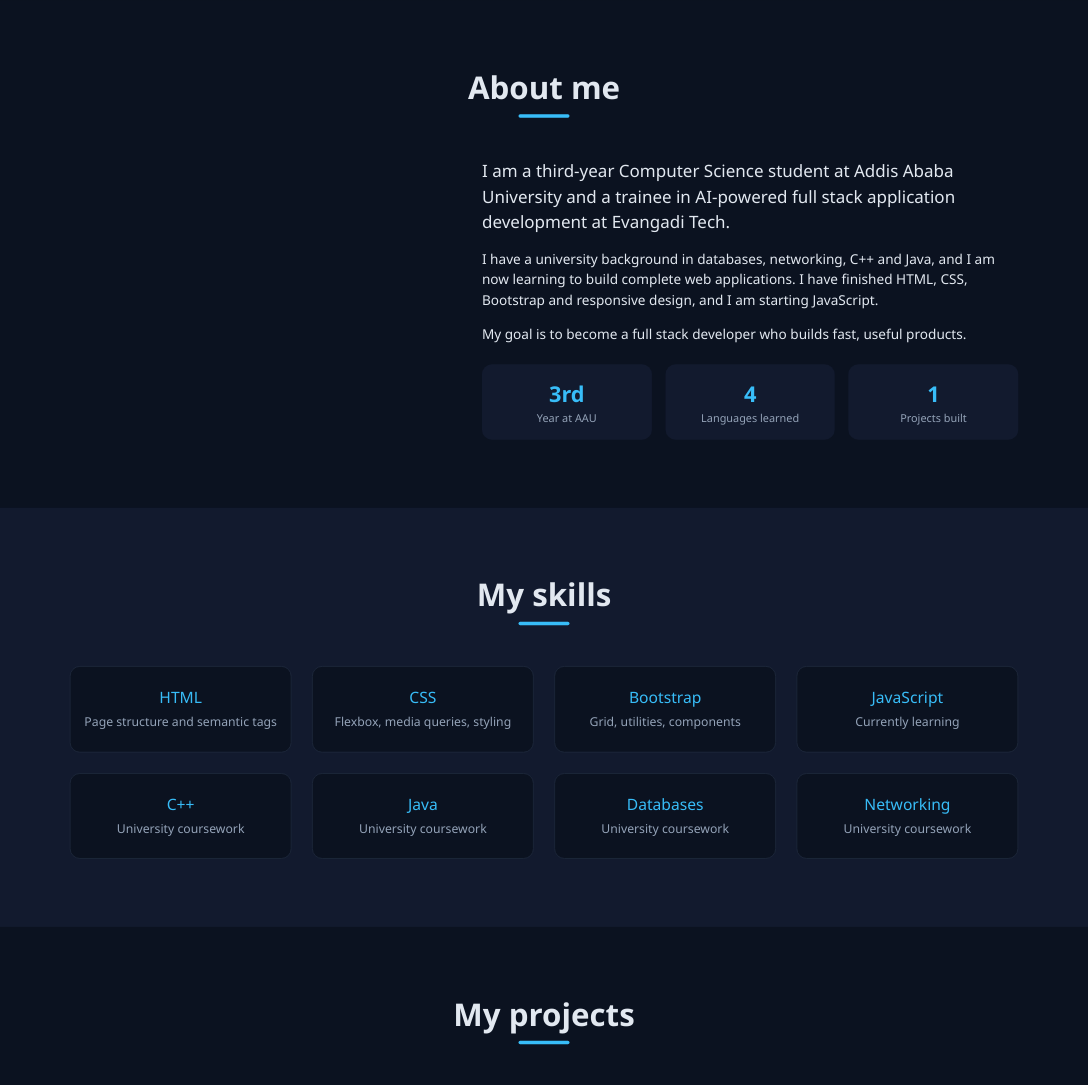
Repository: lawgaw-sefineh/MyPortfolioWebsite
Page: index.html
The author's editor kept a copy of each file at every save. The page is drawn from the files as they stood at one save, then again after the next save.
The browser window is 1280 px wide. The pictures show the part of the page from y = 744 to 2021 px (the page is 2872 px tall), at 85% of full size.
Pictures or frames that could not be fetched are drawn as grey boxes.

Above is the page before, as saved 2026-10-06 03:51:42.

### index.html
<!DOCTYPE html>
<html lang="en">
<>
  <meta charset="UTF-8">
  <meta name="viewport" content="width=device-width, initial-scale=1">

  <!-- 1. TITLE: the blue link in Google results. Keep it under 60 characters -->
  <title>Lawgaw | Full Stack Developer in Addis Ababa, Ethiopia</title>

  <!-- 2. DESCRIPTION: the grey text under the title. Keep it 120 to 160 characters -->
  <meta name="description" content="Lawgaw is a Computer Science student at Addis Ababa University and an aspiring full stack developer. See my responsive web projects built with HTML, CSS, Bootstrap and JavaScript.">

  <!-- 3. Author and search robots -->
  <meta name="author" content="Lawgaw [Your Last Name]">
  <meta name="robots" content="index, follow">

  <!-- 4. Canonical: the one real address of this page -->
  <link rel="canonical" href="https://[your-username].github.io/">

  <!-- 5. Open Graph: the card shown when you share the link on Telegram, LinkedIn, Facebook -->
  <meta property="og:type" content="website">
  <meta property="og:title" content="Lawgaw | Full Stack Developer">
  <meta property="og:description" content="Aspiring full stack developer from Addis Ababa. View my projects and get in touch.">
  <meta property="og:url" content="https://[your-username].github.io/">
  <meta property="og:image" content="https://[your-username].github.io/images/share-image.jpg">

  <!-- 6. Twitter / X card -->
  <meta name="twitter:card" content="summary_large_image">
  <meta name="twitter:title" content="Lawgaw | Full Stack Developer">
  <meta name="twitter:description" content="Aspiring full stack developer from Addis Ababa. View my projects.">
  <meta name="twitter:image" content="https://[your-username].github.io/images/share-image.jpg">

  <!-- 7. Icon in the browser tab and color of the phone address bar -->
  <link rel="icon" href="images/favicon.png">
  <meta name="theme-color" content="#0b1220">

  <!-- 8. Structured data: tells Google who you are -->
  <script type="application/ld+json">
  {
    "@context": "https://schema.org",
    "@type": "Person",
    "name": "Lawgaw Sefineh",
    "jobTitle": "Aspiring Full Stack Developer",
    "url": "https://lawgaw-sefineh.github.io/",
    "image": "https://[your-username].github.io/images/profile.jpg",
    "alumniOf": "Addis Ababa University",
    "address": { "@type": "PostalAddress", "addressLocality": "Addis Ababa", "addressCountry": "ET" },
    "sameAs": [
      "https://github.com/[your-username]",
      "https://linkedin.com/in/[your-username]"
    ]
  }
  </script>
<!-- <link rel="stylesheet" href="https://cdn.jsdelivr.net/npm/bootstrap@5.3.8/dist/css/bootstrap.min.css"> -->
  <!-- <link href="https://cdn.jsdelivr.net/npm/bootstrap@5.3.3/dist/css/bootstrap.min.css" rel="stylesheet"> -->
  <!-- <link href="css/style.css" rel="stylesheet"> -->

  <!-- Bootstrap first, your CSS second -->
   <link href="css/bootstrap.css" rel="stylesheet">
  <link href="css/style.css" rel="stylesheet">
</head>
<body>

  <!-- ================= NAVBAR ================= -->
  <nav class="navbar navbar-expand-lg navbar-dark fixed-top site-nav">
    <div class="container">
      <a class="navbar-brand fw-bold" href="#home">Lawgaw<span class="accent">.</span></a>

      <button class="navbar-toggler" type="button" data-bs-toggle="collapse"
              data-bs-target="#menu" aria-controls="menu" aria-expanded="false" aria-label="Toggle menu">
        <span class="navbar-toggler-icon"></span>
      </button>

      <div class="collapse navbar-collapse" id="menu">
        <ul class="navbar-nav ms-auto">
          <li class="nav-item"><a class="nav-link" href="#home">Home</a></li>
          <li class="nav-item"><a class="nav-link" href="#about">About</a></li>
          <li class="nav-item"><a class="nav-link" href="#skills">Skills</a></li>
          <li class="nav-item"><a class="nav-link" href="#projects">Projects</a></li>
          <li class="nav-item"><a class="nav-link" href="#contact">Contact</a></li>
        </ul>
      </div>
    </div>
  </nav>


  <!-- ================= HERO =================
       BACKGROUND IMAGE: images/hero-bg.jpg  (set in CSS, class .hero)
       PROFILE PHOTO:    images/profile.jpg  (below)                 -->
  <header id="home" class="hero d-flex align-items-center text-center">
    <div class="container">
      <img src="images/profile-original.jpg" class="hero-photo rounded-circle mb-4" alt="Photo of Lawgaw">

      <p class="hero-hello mb-2">Hello, I'm</p>
      <h1 class="hero-title fw-bold mb-3">Lawgaw Sefineh</h1>
      <p class="hero-role mb-4">Aspiring Full Stack Developer</p>

      <div class="d-flex flex-column flex-sm-row justify-content-center gap-3">
        <a href="#projects" class="btn btn-accent btn-lg">View my work</a>
        <a href="#contact" class="btn btn-outline-light btn-lg">Contact me</a>
      </div>
    </div>
  </header>


  <!-- ================= ABOUT =================
       IMAGE: images/about.jpg                -->
  <section id="about" class="section">
    <div class="container">
      <h2 class="section-title text-center mb-5">About me</h2>

      <div class="row align-items-center g-5">
        <div class="col-12 col-md-5 L_banner">
          <!-- <img src="images/share-image (1).jpg" class="banner-photo img-fluid rounded-4 shadow" alt="lawgaw working on a laptop"> -->
        </div>

        <div class="col-12 col-md-7">
          <p class="lead">
            I am a third-year Computer Science student at Addis Ababa University and a
            trainee in AI-powered full stack application development at Evangadi Tech.
          </p>
          <p>
            I have a university background in databases, networking, C++ and Java, and I am now
            learning to build complete web applications. I have finished HTML, CSS, Bootstrap and
            responsive design, and I am starting JavaScript.
          </p>
          <p class="mb-4">My goal is to become a full stack developer who builds fast, useful products.</p>

          <div class="row text-center g-3">
            <div class="col-4"><div class="fact"><span class="fact-number">3rd</span><span class="fact-label">Year at AAU</span></div></div>
            <div class="col-4"><div class="fact"><span class="fact-number">4</span><span class="fact-label">Languages learned</span></div></div>
            <div class="col-4"><div class="fact"><span class="fact-number">1</span><span class="fact-label">Projects built</span></div></div>
          </div>
        </div>
      </div>
    </div>
  </section>


  <!-- ================= SKILLS ================= -->
  <section id="skills" class="section section-alt">
    <div class="container">
      <h2 class="section-title text-center mb-5">My skills</h2>

      <!-- 2 per row on phone, 3 on tablet, 4 on desktop -->
      <div class="row g-3 g-lg-4 text-center">
        <div class="col-6 col-md-4 col-lg-3"><div class="skill-card"><h3>HTML</h3><p>Page structure and semantic tags</p></div></div>
        <div class="col-6 col-md-4 col-lg-3"><div class="skill-card"><h3>CSS</h3><p>Flexbox, media queries, styling</p></div></div>
        <div class="col-6 col-md-4 col-lg-3"><div class="skill-card"><h3>Bootstrap</h3><p>Grid, utilities, components</p></div></div>
        <div class="col-6 col-md-4 col-lg-3"><div class="skill-card"><h3>JavaScript</h3><p>Currently learning</p></div></div>
        <div class="col-6 col-md-4 col-lg-3"><div class="skill-card"><h3>C++</h3><p>University coursework</p></div></div>
        <div class="col-6 col-md-4 col-lg-3"><div class="skill-card"><h3>Java</h3><p>University coursework</p></div></div>
        <div class="col-6 col-md-4 col-lg-3"><div class="skill-card"><h3>Databases</h3><p>University coursework</p></div></div>
        <div class="col-6 col-md-4 col-lg-3"><div class="skill-card"><h3>Networking</h3><p>University coursework</p></div></div>
      </div>
    </div>
  </section>


  <!-- ================= PROJECTS =================
       IMAGES: images/project-1.jpg, project-2.jpg, project-3.jpg -->
  <section id="projects" class="section">
    <div class="container">
      <h2 class="section-title text-center mb-5">My projects</h2>

      <!-- 1 per row on phone, 2 on tablet, 3 on desktop -->
      <div class="row g-4">

        <div class="col-12 col-md-6 col-lg-4">
          <div class="card project-card h-100">
            <img src="images/project-1.jpg" class="card-img-top" alt="Apple website replica">
            <div class="card-body d-flex flex-column">
              <h3 class="card-title h5">Apple Website Replica</h3>
              <p class="card-text">A responsive copy of the Apple home page built with HTML, CSS and Bootstrap.</p>
              <div class="mt-auto">
                <a href="#" class="btn btn-sm btn-accent">Live demo</a>
                <a href="#" class="btn btn-sm btn-outline-secondary">Code</a>
              </div>
            </div>
          </div>
        </div>

        <div class="col-12 col-md-6 col-lg-4">
          <div class="card project-card h-100">
            <img src="images/project-2.jpg" class="card-img-top" alt="Personal portfolio">
            <div class="card-body d-flex flex-column">
              <h3 class="card-title h5">Personal Portfolio</h3>
              <p class="card-text">This website. A mobile-first design using the Bootstrap grid and media queries.</p>
              <div class="mt-auto">
                <a href="#" class="btn btn-sm btn-accent">Live demo</a>
                <a href="#" class="btn btn-sm btn-outline-secondary">Code</a>
              </div>
            </div>
          </div>
        </div>

        <div class="col-12 col-md-6 col-lg-4">
          <div class="card project-card h-100">
            <img src="images/project-3.jpg" class="card-img-top" alt="Next project">
            <div class="card-body d-flex flex-column">
              <h3 class="card-title h5">Next: JavaScript Project</h3>
              <p class="card-text">Coming soon. A small interactive app once I finish learning JavaScript.</p>
              <div class="mt-auto">
                <a href="#" class="btn btn-sm btn-outline-secondary disabled">Coming soon</a>
              </div>
            </div>
          </div>
        </div>

      </div>
    </div>
  </section>


  <!-- ================= CONTACT =================
       BACKGROUND IMAGE: images/contact-bg.jpg (set in CSS, class .contact) -->
  <section id="contact" class="contact section text-center">
    <div class="container">
      <h2 class="section-title mb-3">Let's work together</h2>
      <p class="lead mb-4">I am open to internships, junior roles and collaboration.</p>

      <div class="d-flex flex-column flex-sm-row justify-content-center gap-3">
        <a href="mailto:youremail@example.com" class="btn btn-accent btn-lg">Email me</a>
        <a href="https://github.com/your-username" class="btn btn-outline-light btn-lg">GitHub</a>
        <a href="https://linkedin.com/in/your-username" class="btn btn-outline-light btn-lg">LinkedIn</a>
        <a href="https://t.me/your-username" class="btn btn-outline-light btn-lg">Telegram</a>
      </div>
    </div>
  </section>


  <!-- ================= FOOTER ================= -->
  <footer class="site-footer text-center py-4">
    <p class="mb-0 small">&copy; 2026 Biruk. Built with HTML, CSS and Bootstrap.</p>
  </footer>

  <!-- Bootstrap JS: needed for the mobile menu button -->
  <script src="https://cdn.jsdelivr.net/npm/bootstrap@5.3.3/dist/js/bootstrap.bundle.min.js"></script>
</body>
</html>

### css/style.css
/* =========================================================
   css/style.css - Portfolio (Bootstrap + custom CSS)
   Image paths start with ../images/ because this file is in css/
   ========================================================= */

/* ---------- 1. Colors and basics ---------- */
:root {
  --bg-dark:  #0b1220;
  --bg-card:  #121a2e;
  --accent:   #38bdf8;
  --text:     #e2e8f0;
  --muted:    #94a3b8;
}

html { scroll-behavior: smooth; scroll-padding-top: 70px; } /* menu does not cover titles */

body {
  font-family: "Segoe UI", system-ui, -apple-system, Arial, sans-serif;
  background: var(--bg-dark);
  color: var(--text);
}

.accent { color: var(--accent); }


/* ---------- 2. Navbar ---------- */
.site-nav { background: rgba(11, 18, 32, 0.92); backdrop-filter: blur(6px); }
.site-nav .nav-link { color: var(--text); }
.site-nav .nav-link:hover { color: var(--accent); }


/* ---------- 3. Buttons ---------- */
.btn-accent {
  background: var(--accent);
  border-color: var(--accent);
  color: #06111f;
  font-weight: 600;
}
.btn-accent:hover { background: #7dd3fc; border-color: #7dd3fc; color: #06111f; }


/* ---------- 4. HERO (background image: images/hero-bg.jpg) ---------- */
.hero {
  min-height: 100vh;
  padding: 6rem 0 3rem;
  /* dark overlay on top of the image, so white text stays readable */
  background-image:
    linear-gradient(rgba(11, 18, 32, 0.75), rgba(11, 18, 32, 0.85)),
    url("../images/hero-bg.jpg");
  background-size: cover;
  background-position: center;
  background-repeat: no-repeat;
  background-color: var(--bg-dark);  /* shows if the image is missing */
}
.banner-photo{
    /* width: 890px;
    height:auto; */
}
 /* #about{
  background-image: url("../images/share-image (1).jpg");
  background-size:50% 60%;
  background-position: left bottom ;
  background-repeat: no-repeat;
  background-color: #EAEFEF;
 } */
.hero-photo {
  width: 130px;
  height: 130px;
  object-fit: cover;                 /* crops the photo to a square */
  border: 4px solid var(--accent);
}

.hero-hello { color: var(--accent); font-size: 1.1rem; }
.hero-title { font-size: 2.2rem; }   /* mobile size */
.hero-role  { font-size: 1.15rem; color: var(--muted); }


/* ---------- 5. Sections ---------- */
.section     { padding: 4rem 0; }
.section-alt { background: var(--bg-card); }

.section-title {
  font-size: 1.9rem;
  font-weight: 700;
}
.section-title::after {              /* small line under each title */
  content: "";
  display: block;
  width: 60px;
  height: 4px;
  margin: 0.6rem auto 0;
  background: var(--accent);
  border-radius: 2px;
}
.contact .section-title::after { display: none; }


/* ---------- 6. About facts ---------- */
.fact {
  background: var(--bg-card);
  border-radius: 0.75rem;
  padding: 1rem 0.5rem;
}
.fact-number { display: block; font-size: 1.6rem; font-weight: 700; color: var(--accent); }
.fact-label  { display: block; font-size: 0.8rem; color: var(--muted); }


/* ---------- 7. Skills ---------- */
.skill-card {
  background: var(--bg-dark);
  border: 1px solid #1e293b;
  border-radius: 0.75rem;
  padding: 1.5rem 1rem;
  height: 100%;
  transition: transform 0.2s, border-color 0.2s;
}
.skill-card:hover { transform: translateY(-6px); border-color: var(--accent); }
.skill-card h3 { font-size: 1.15rem; color: var(--accent); }
.skill-card p  { margin: 0; font-size: 0.9rem; color: var(--muted); }


/* ---------- 8. Project cards ---------- */
.project-card {
  background: var(--bg-card);
  border: 1px solid #1e293b;
  color: var(--text);
  overflow: hidden;
  transition: transform 0.2s;
}
.project-card:hover { transform: translateY(-6px); }
.project-card .card-img-top {
  height: 200px;
  object-fit: cover;                 /* all project images get the same size */
}
.project-card .card-text { color: var(--muted); }


/* ---------- 9. Contact (background image: images/contact-bg.jpg) ---------- */
.contact {
  background-image:
    linear-gradient(rgba(11, 18, 32, 0.85), rgba(11, 18, 32, 0.9)),
    url("../images/contact-bg.jpg");
  background-size: cover;
  background-position: center;
  background-color: var(--bg-dark);
}


/* ---------- 10. Footer ---------- */
.site-footer { background: #060a14; color: var(--muted); }


/* =========================================================
   RESPONSIVE (media queries)
   Bootstrap handles the columns; these change sizes only.
   ========================================================= */

/* Tablet: 768px and up */
@media (min-width: 768px) {
  .hero-photo  { width: 160px; height: 160px; }
  .hero-title  { font-size: 3.2rem; }
  .hero-role   { font-size: 1.4rem; }
  .section     { padding: 5rem 0; }
  .section-title { font-size: 2.3rem; }
}

/* Desktop: 992px and up */
@media (min-width: 992px) {
  .hero-photo  { width: 190px; height: 190px; }
  .hero-title  { font-size: 4rem; }
  .hero-role   { font-size: 1.6rem; }
  .project-card .card-img-top { height: 220px; }
}

/* Large desktop: 1400px and up */
@media (min-width: 1400px) {
  .hero-title  { font-size: 5rem; }
}

Loaded but not shown: css/bootstrap.css (library)

After the next save:
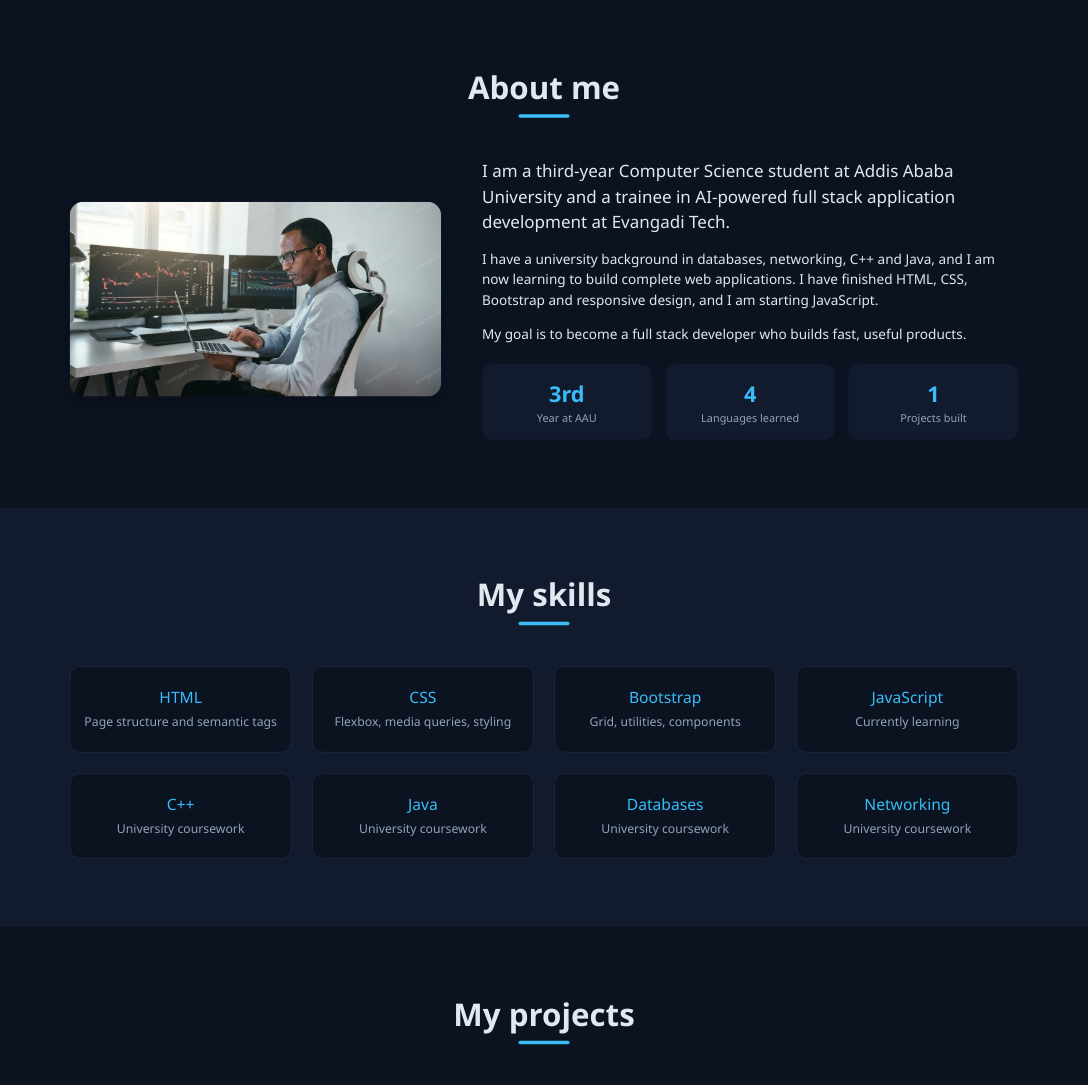
Saved 8 s later.
--- a/index.html
+++ b/index.html
@@ -111,7 +111,7 @@
 
       <div class="row align-items-center g-5">
         <div class="col-12 col-md-5 L_banner">
-          <!-- <img src="images/share-image (1).jpg" class="banner-photo img-fluid rounded-4 shadow" alt="lawgaw working on a laptop"> -->
+          <img src="images/share-image (1).jpg" class="banner-photo img-fluid rounded-4 shadow" alt="lawgaw working on a laptop">
         </div>
 
         <div class="col-12 col-md-7">
